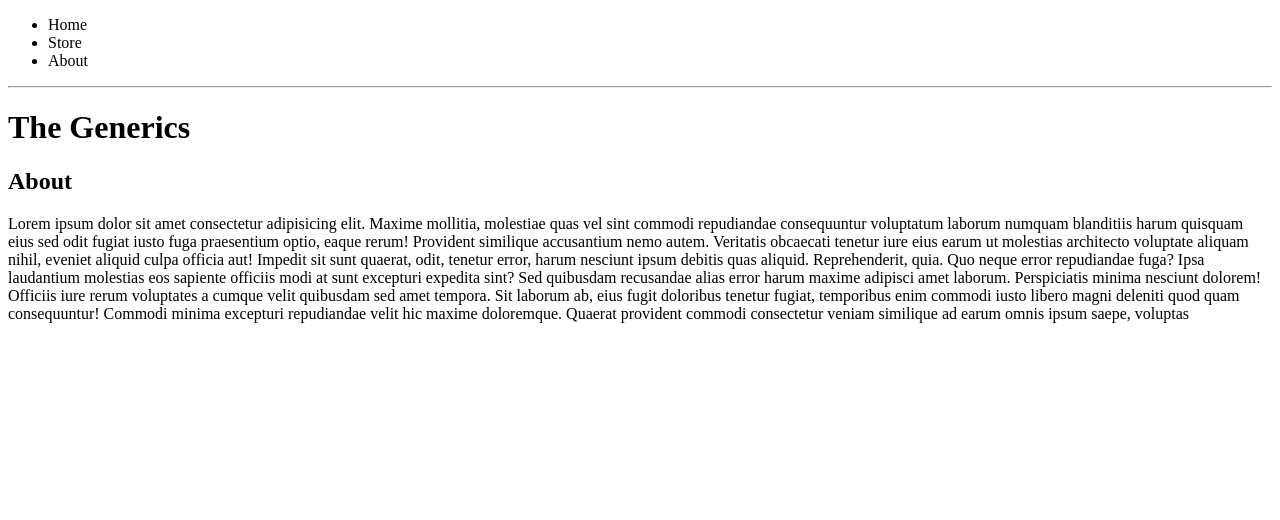
Repository: nazmulhaquep/WebDesign
Page: about.html
An editor plug-in stored every save of this project. The page is shown before and after the next save, followed by the edit.
The browser window is 1280 px wide. The pictures show the whole page.

Above is the page before, as saved 2023-11-22 11:50:25.

### about.html
<!DOCTYPE html>
<html lang="en">
<head>
    <meta charset="UTF-8">
    <meta name="viewport" content="width=device-width, initial-scale=1.0">
    <title>Document</title>
</head>
<body>
    <header>
        <nav>
            <ul>
                <li>Home</li>
                <li>Store</li>
                <li>About</li>
            </ul>
        </nav>
        <hr/>
        <h1> The Generics </h1>
    </header>
    <section>
        <h1>About</h1>
        <p> Lorem ipsum dolor sit amet consectetur adipisicing elit. Maxime mollitia,
molestiae quas vel sint commodi repudiandae consequuntur voluptatum laborum
numquam blanditiis harum quisquam eius sed odit fugiat iusto fuga praesentium
optio, eaque rerum! Provident similique accusantium nemo autem. Veritatis
obcaecati tenetur iure eius earum ut molestias architecto voluptate aliquam
nihil, eveniet aliquid culpa officia aut! Impedit sit sunt quaerat, odit,
tenetur error, harum nesciunt ipsum debitis quas aliquid. Reprehenderit,
quia. Quo neque error repudiandae fuga? Ipsa laudantium molestias eos
sapiente officiis modi at sunt excepturi expedita sint? Sed quibusdam
recusandae alias error harum maxime adipisci amet laborum. Perspiciatis
minima nesciunt dolorem! Officiis iure rerum voluptates a cumque velit
quibusdam sed amet tempora. Sit laborum ab, eius fugit doloribus tenetur
fugiat, temporibus enim commodi iusto libero magni deleniti quod quam
consequuntur! Commodi minima excepturi repudiandae velit hic maxime
doloremque. Quaerat provident commodi consectetur veniam similique ad
earum omnis ipsum saepe, voluptas </p>
    </section>
</body>
</html>

After the next save:
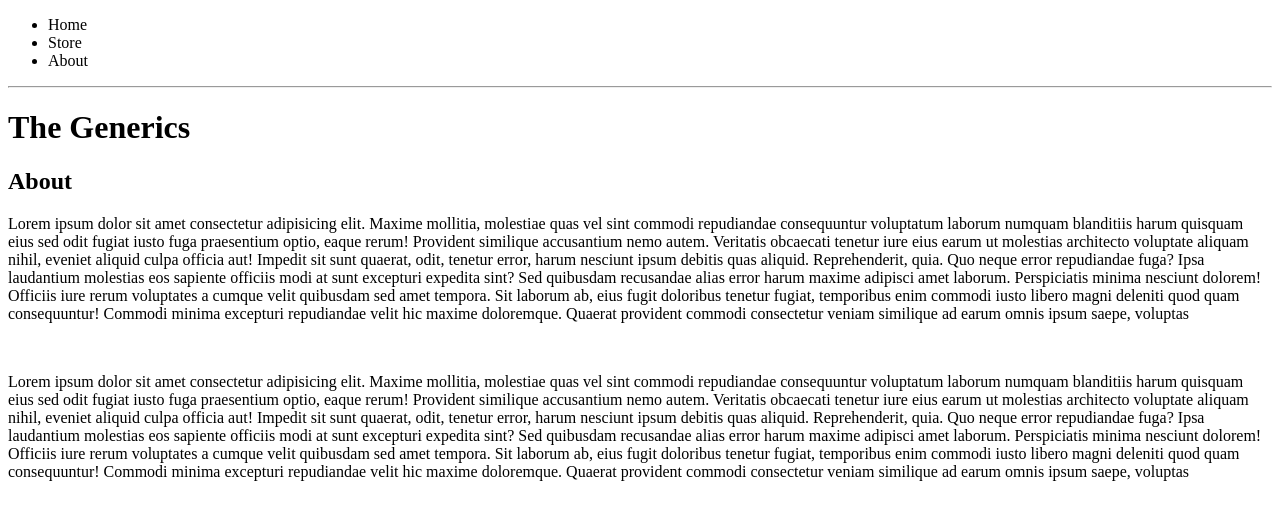
Saved 34 s later.
--- a/about.html
+++ b/about.html
@@ -35,6 +35,23 @@ fugiat, temporibus enim commodi iusto libero magni deleniti quod quam
 consequuntur! Commodi minima excepturi repudiandae velit hic maxime
 doloremque. Quaerat provident commodi consectetur veniam similique ad
 earum omnis ipsum saepe, voluptas </p>
+<img src="">
+<p> Lorem ipsum dolor sit amet consectetur adipisicing elit. Maxime mollitia,
+    molestiae quas vel sint commodi repudiandae consequuntur voluptatum laborum
+    numquam blanditiis harum quisquam eius sed odit fugiat iusto fuga praesentium
+    optio, eaque rerum! Provident similique accusantium nemo autem. Veritatis
+    obcaecati tenetur iure eius earum ut molestias architecto voluptate aliquam
+    nihil, eveniet aliquid culpa officia aut! Impedit sit sunt quaerat, odit,
+    tenetur error, harum nesciunt ipsum debitis quas aliquid. Reprehenderit,
+    quia. Quo neque error repudiandae fuga? Ipsa laudantium molestias eos
+    sapiente officiis modi at sunt excepturi expedita sint? Sed quibusdam
+    recusandae alias error harum maxime adipisci amet laborum. Perspiciatis
+    minima nesciunt dolorem! Officiis iure rerum voluptates a cumque velit
+    quibusdam sed amet tempora. Sit laborum ab, eius fugit doloribus tenetur
+    fugiat, temporibus enim commodi iusto libero magni deleniti quod quam
+    consequuntur! Commodi minima excepturi repudiandae velit hic maxime
+    doloremque. Quaerat provident commodi consectetur veniam similique ad
+    earum omnis ipsum saepe, voluptas </p>
     </section>
 </body>
 </html>
